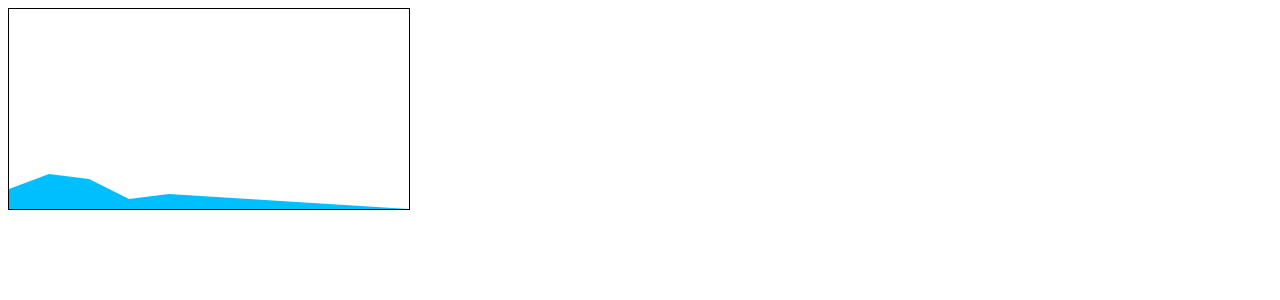
Repository: SeungYn/Javascript-study-toy
Page: canvas-tutorial/index.html
The author's editor kept a copy of each file at every save. The page is drawn from the files as they stood at one save, then again after the next save.
The browser window is 1280 px wide. The pictures show the whole page.

Above is the page before, as saved 2023-03-14 12:56:48.

After the next save:
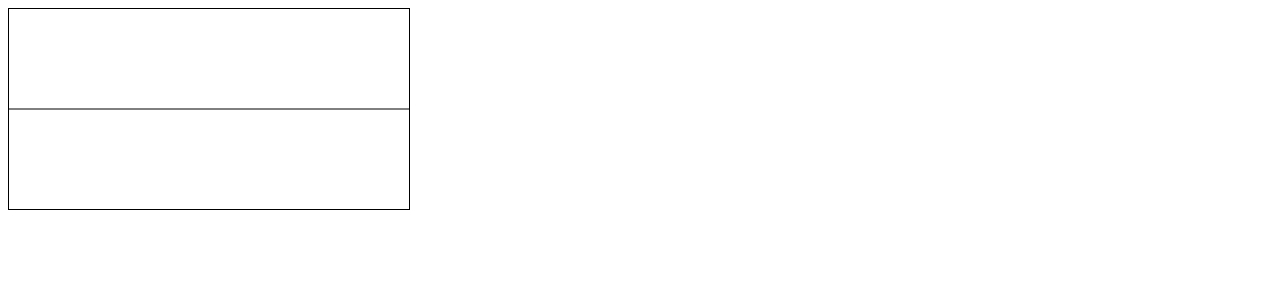
Saved 5 min 15 s later.
--- a/canvas-tutorial/index.html
+++ b/canvas-tutorial/index.html
@@ -18,28 +18,33 @@
   <script>
     const canvas = document.getElementById('tutorial');
     var context = canvas.getContext('2d');
-    var data = [20, 35, 30, 10, 15];
+    // var data = [20, 35, 30, 10, 15];
 
-    // 그래프 스타일 정의
-    var barWidth = 30;
-    var barSpacing = 10;
-    var barColor = '#00bfff';
+    // // 그래프 스타일 정의
+    // var barWidth = 30;
+    // var barSpacing = 10;
+    // var barColor = '#00bfff';
 
-    // 그래프 그리기
+    // // 그래프 그리기
+    // context.beginPath();
+    // for (var i = 0; i < data.length; i++) {
+    //   var x = i * (barWidth + barSpacing);
+    //   var y = canvas.height - data[i];
+    //   if (i === 0) {
+    //     context.moveTo(x, y);
+    //   } else {
+    //     context.lineTo(x, y);
+    //   }
+    // }
+    // context.lineTo(canvas.width, canvas.height);
+    // context.lineTo(0, canvas.height);
+    // context.fillStyle = barColor;
+    // context.fill();
+    var centerY = canvas.height / 2;
     context.beginPath();
-    for (var i = 0; i < data.length; i++) {
-      var x = i * (barWidth + barSpacing);
-      var y = canvas.height - data[i];
-      if (i === 0) {
-        context.moveTo(x, y);
-      } else {
-        context.lineTo(x, y);
-      }
-    }
-    context.lineTo(canvas.width, canvas.height);
-    context.lineTo(0, canvas.height);
-    context.fillStyle = barColor;
-    context.fill();
+    context.moveTo(0, centerY);
+    context.lineTo(canvas.width, centerY);
+    context.stroke();
 
     (async function () {
       const res = await fetch('/data.json');
